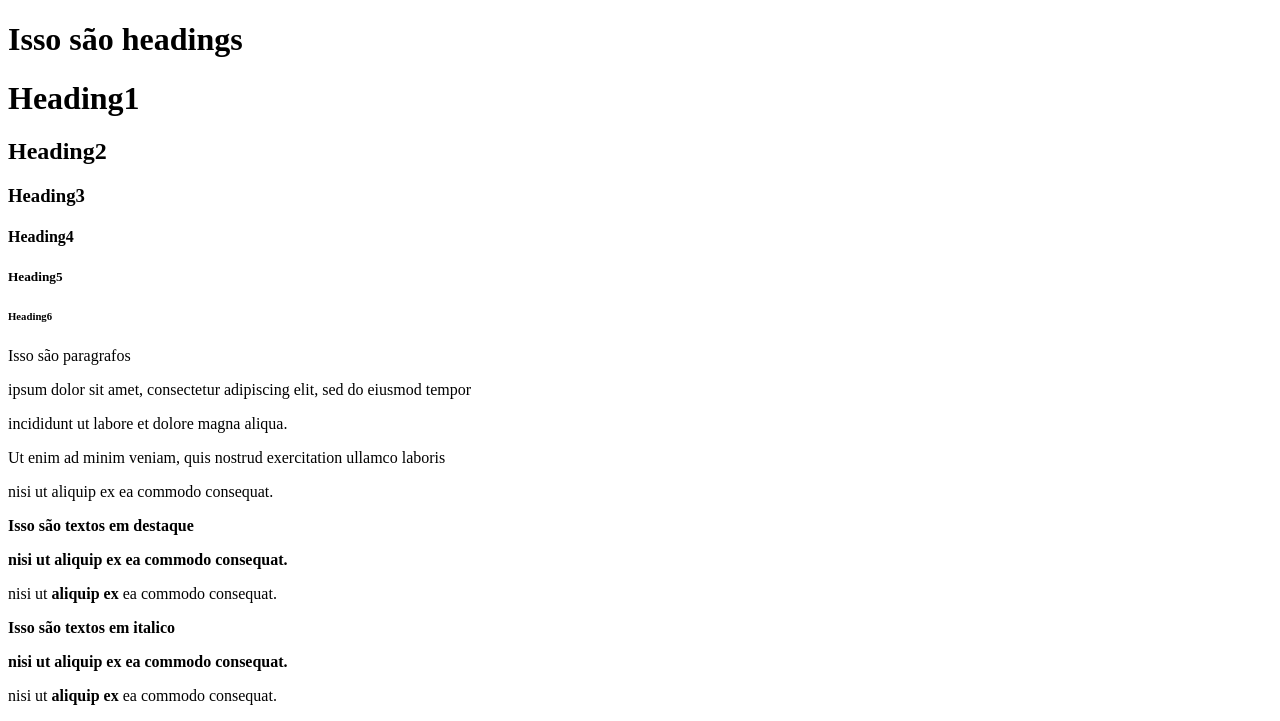
Repository: fnafelipe/TheOdinProject
Page: HTML/working-with-text/index.html
These files come from the project's save history. The page is drawn as it stood at one moment and after the next save; the edit follows.
The browser window is 1280 px wide. The pictures show the whole page.

Above is the page before, as saved 2026-09-02 20:45:11.

After the next save:
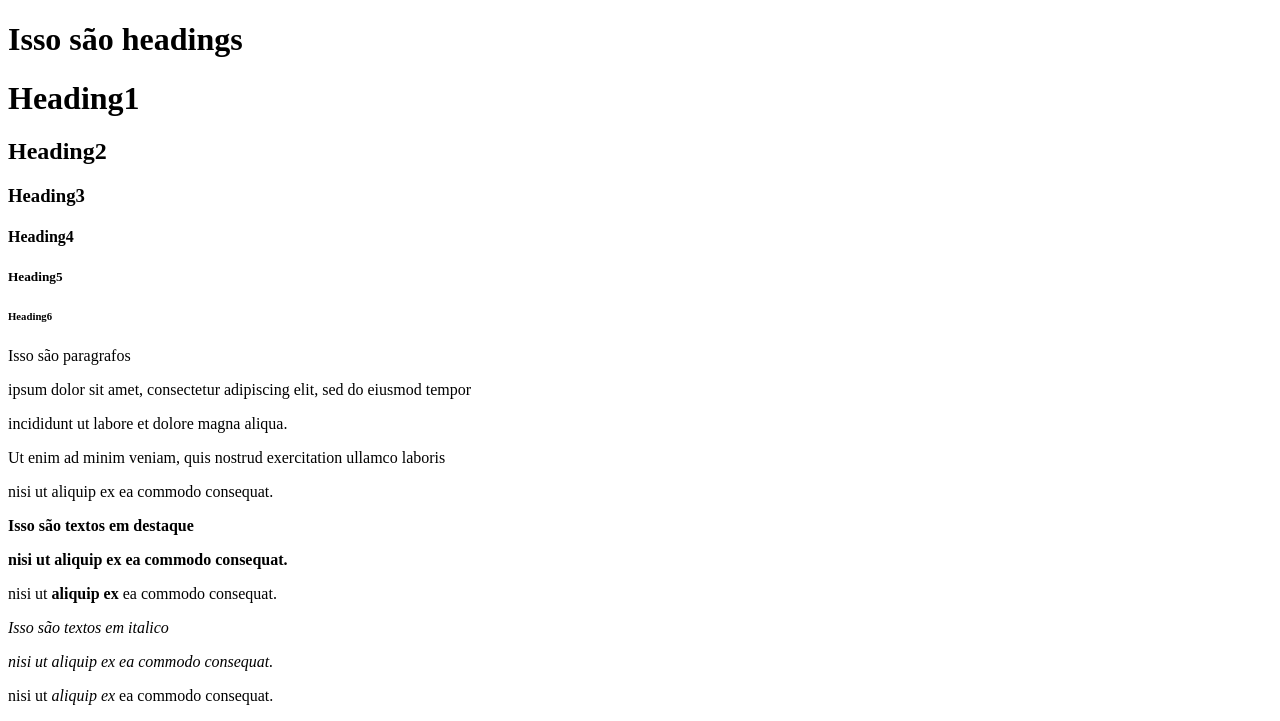
Saved 14 s later.
--- a/HTML/working-with-text/index.html
+++ b/HTML/working-with-text/index.html
@@ -28,10 +28,10 @@
     <p><b>nisi ut aliquip ex ea commodo consequat.</b></p>
     <p>nisi ut <b>aliquip ex</b> ea commodo consequat.</p>
 
-    <b>Isso são textos em italico</b>
+    <em>Isso são textos em italico</em>
 
-    <p><b>nisi ut aliquip ex ea commodo consequat.</b></p>
-    <p>nisi ut <b>aliquip ex</b> ea commodo consequat.</p>
+    <p><em>nisi ut aliquip ex ea commodo consequat.</em></p>
+    <p>nisi ut <em>aliquip ex</em> ea commodo consequat.</p>
 
 </body>
 
